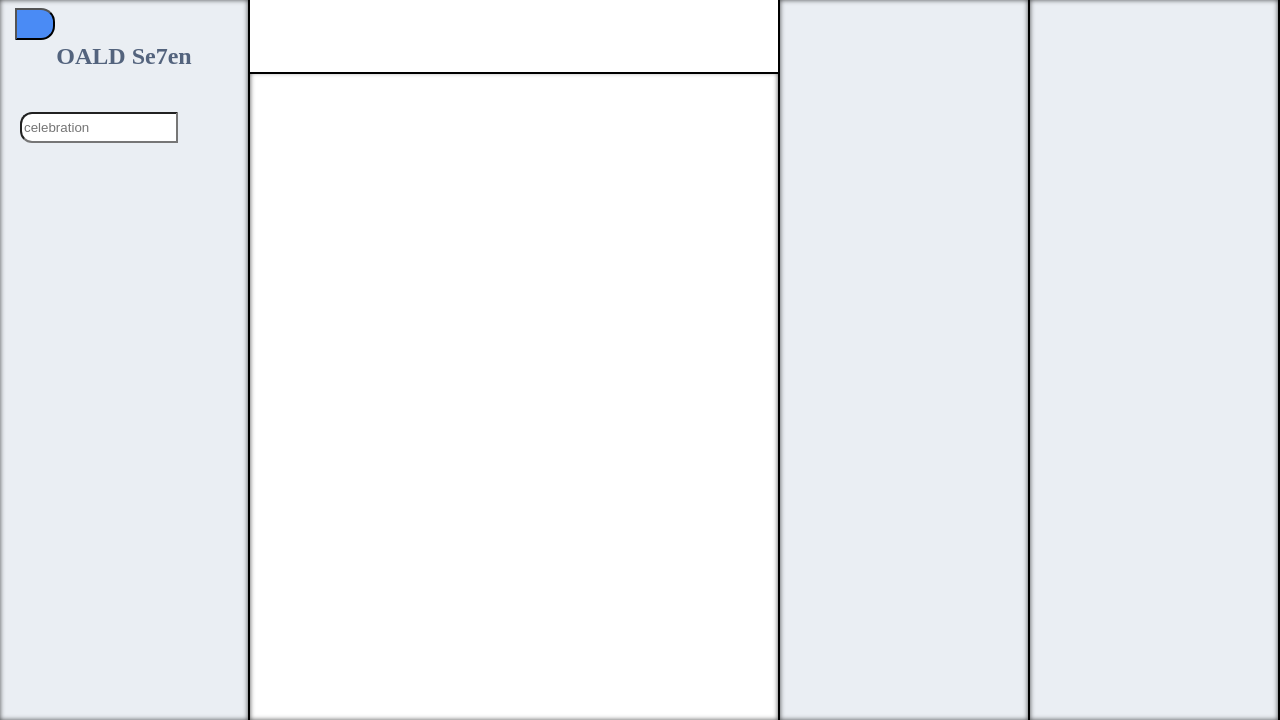
Repository: JJianZ/miao
Page: a.html
The author's editor kept a copy of each file at every save. The page is drawn from the files as they stood at one save, then again after the next save.
The browser window is 1280 px wide. The pictures show the whole page.

Above is the page before, as saved 2021-11-23 10:42:50.

After the next save:
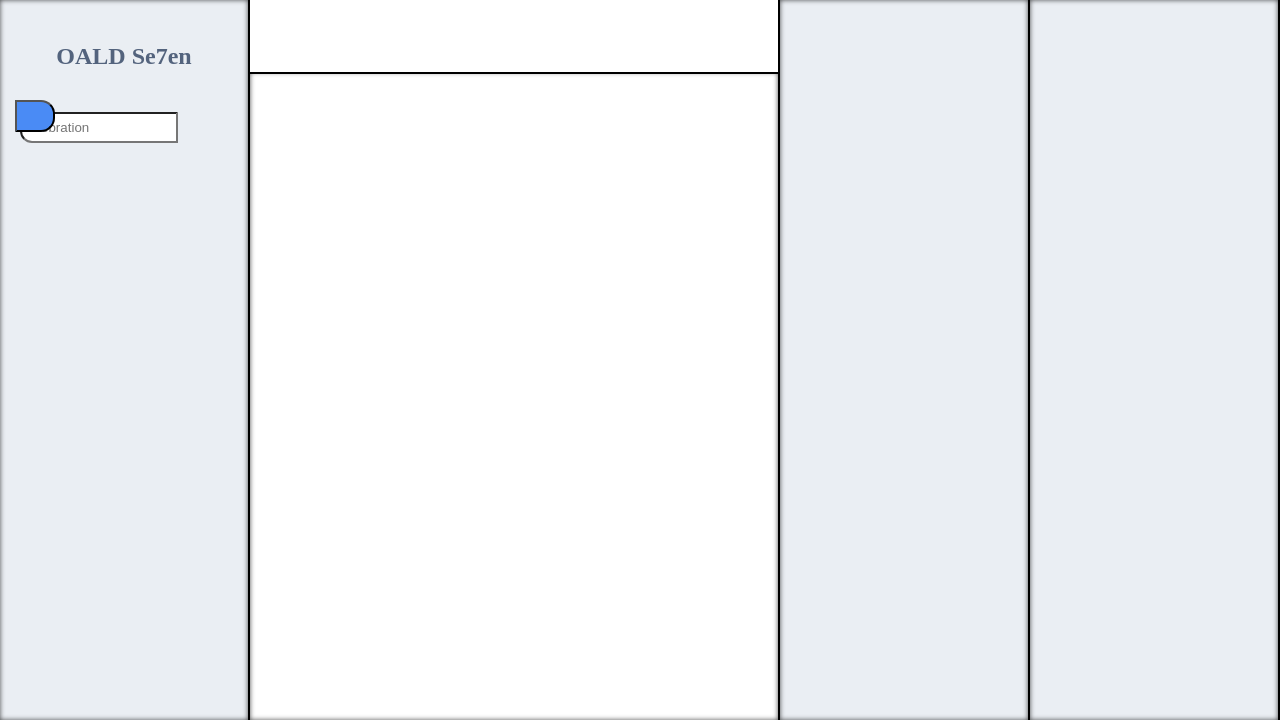
Saved 14 s later.
--- a/a.html
+++ b/a.html
@@ -51,7 +51,7 @@
       background-color: #4a8bf5;
       height: 32px;
       width: 40px;
-      top: 8px;
+      top: 100px;
       left: 15px;
       border-radius: 0 14px 14px 0;
     }
